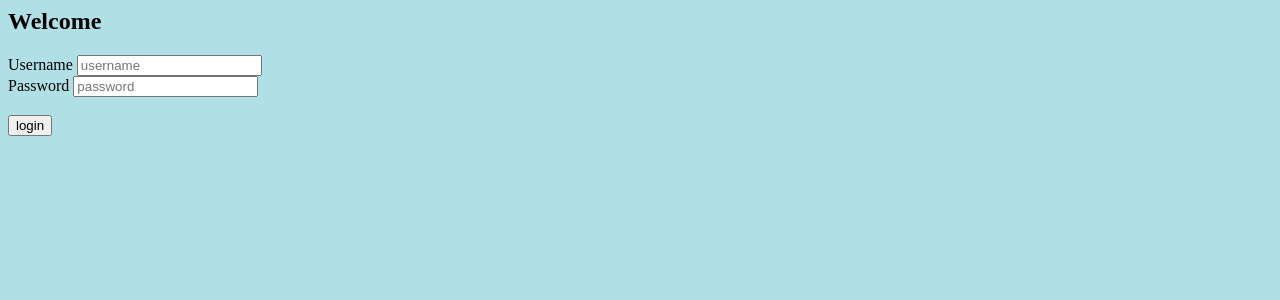
Repository: OrusuRatnamala/JAVA
Page: http://localhost/TrainWeb/create
The author's editor kept a copy of each file at every save. The page is drawn from the files as they stood at one save, then again after the next save.
The browser window is 1280 px wide. The pictures show the whole page.
The page is served by Tomcat 9. Other server files are loaded and not shown.

Above is the page before, as saved 2023-10-11 22:11:40.

### springdao/TrainWeb/src/main/webapp/WEB-INF/pages/create.jsp
<html>
<body style="background-color: powderblue;">
	<align="center">
	<form action="login">
		<align="center">
		<h2>Welcome</h2>
		Username <input type="text" name="username" required="true"
			placeholder="username" />
		<br>
		Password <input type="password" name="password" required="true"
			placeholder="password" />
		<br>
		<br>
		<input type="submit" value="login" />
	</form>
</body>
</html>

After the next save:
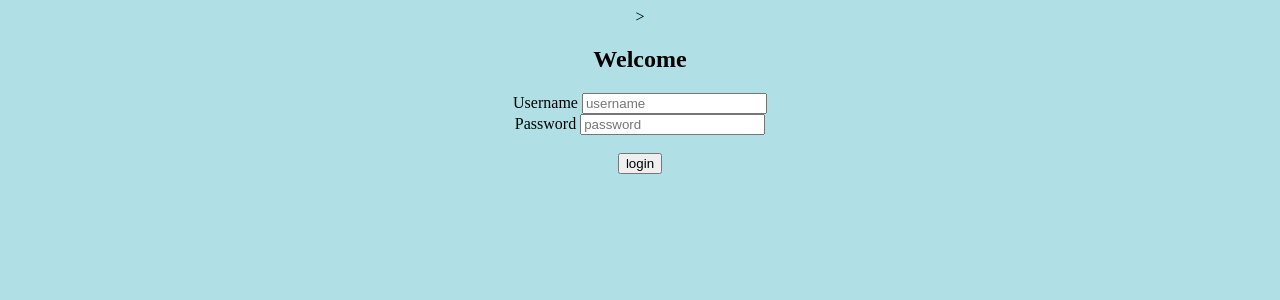
Saved 22 s later.
--- a/springdao/TrainWeb/src/main/webapp/WEB-INF/pages/create.jsp
+++ b/springdao/TrainWeb/src/main/webapp/WEB-INF/pages/create.jsp
@@ -1,17 +1,14 @@
 <html>
 <body style="background-color: powderblue;">
 	<align="center">
-	<form action="login">
-		<align="center">
+	<form action="login" align="center">
+		>
+
 		<h2>Welcome</h2>
 		Username <input type="text" name="username" required="true"
-			placeholder="username" />
-		<br>
-		Password <input type="password" name="password" required="true"
-			placeholder="password" />
-		<br>
-		<br>
-		<input type="submit" value="login" />
+			placeholder="username" /> <br> Password <input type="password"
+			name="password" required="true" placeholder="password" /> <br>
+		<br> <input type="submit" value="login" />
 	</form>
 </body>
 </html>
